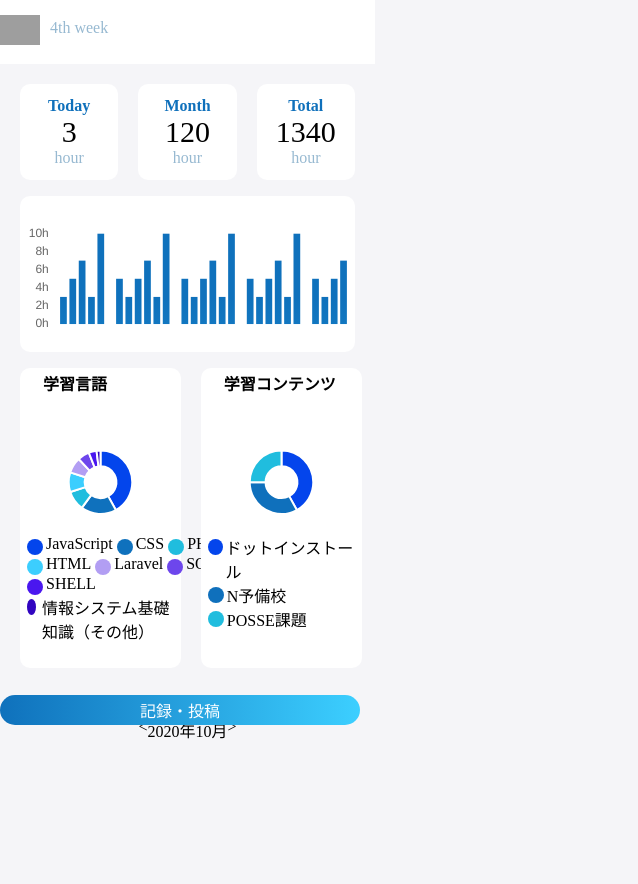
Repository: posse-ap/gen2.0-kamibayasitaito
Page: app/app.html
The author's editor kept a copy of each file at every save. The page is drawn from the files as they stood at one save, then again after the next save.
The browser window is 375 px wide. The page is 638 px wide, so the pictures cover 638 px, including what lies to the right of the window. The pictures show the whole page.
Pictures or frames that could not be fetched are drawn as grey boxes. Some web libraries are served in a nearby version.

Above is the page before, as saved 2021-11-26 18:54:25.

After the next save:
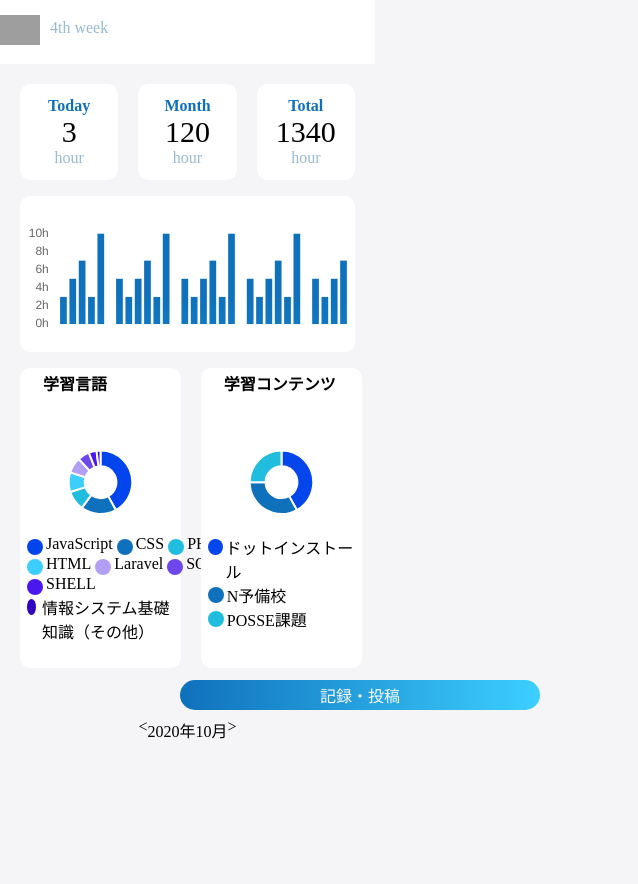
Saved 12 s later.
--- a/app/app_smartphone.css
+++ b/app/app_smartphone.css
@@ -323,7 +323,7 @@
             color: white;
               height: 30px;
               width:360px ;
-              transform: translateY(50%);
+              transform: translate(50%);
              border-radius: 30px;
               background: linear-gradient(to right,#0f71bc,#3ccfff);
               bottom: 90px;
